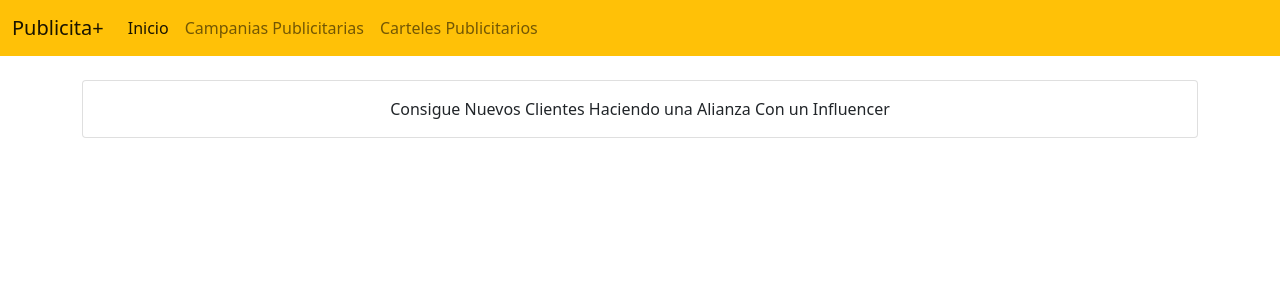
Repository: programador23/PublicitaMasWebVersionFinal
Page: http://localhost/ListaDeCampaniaNombre
An editor plug-in stored every save of this project. The page is shown before and after the next save, followed by the edit.
The browser window is 1280 px wide. The pictures show the whole page.
The page is this project's Thymeleaf template; nobody is signed in. The template is opened directly, without the code that normally fills it, so the values that code supplies are empty.

Above is the page before, as saved 2021-07-05 23:04:26.

After the next save:
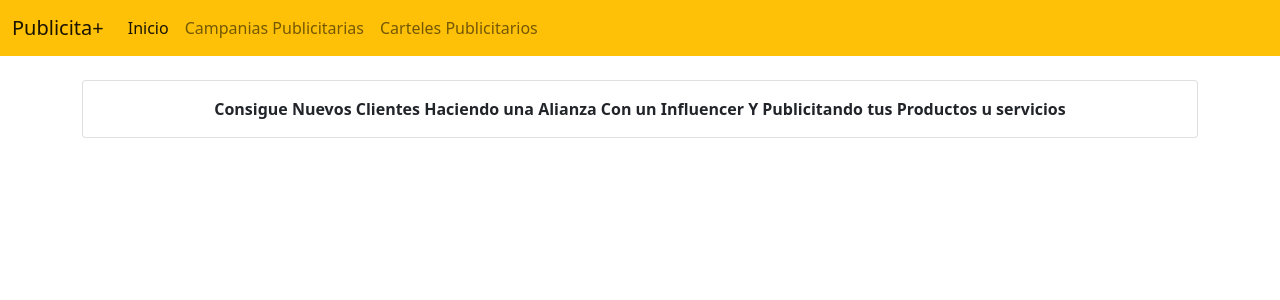
Saved 5 min 52 s later.
--- a/PublicitaMasWeb-master/src/main/resources/templates/ListaDeCampaniaNombre.html
+++ b/PublicitaMasWeb-master/src/main/resources/templates/ListaDeCampaniaNombre.html
@@ -41,7 +41,7 @@
 <div class="container mt-4">
 <div class="card">
   <div class="card-body text-center" >
-    Consigue Nuevos Clientes Haciendo una Alianza Con un Influencer
+    <b>Consigue Nuevos Clientes Haciendo una Alianza Con un Influencer Y Publicitando tus Productos u servicios </b>
   </div>
 </div>
 <br>
